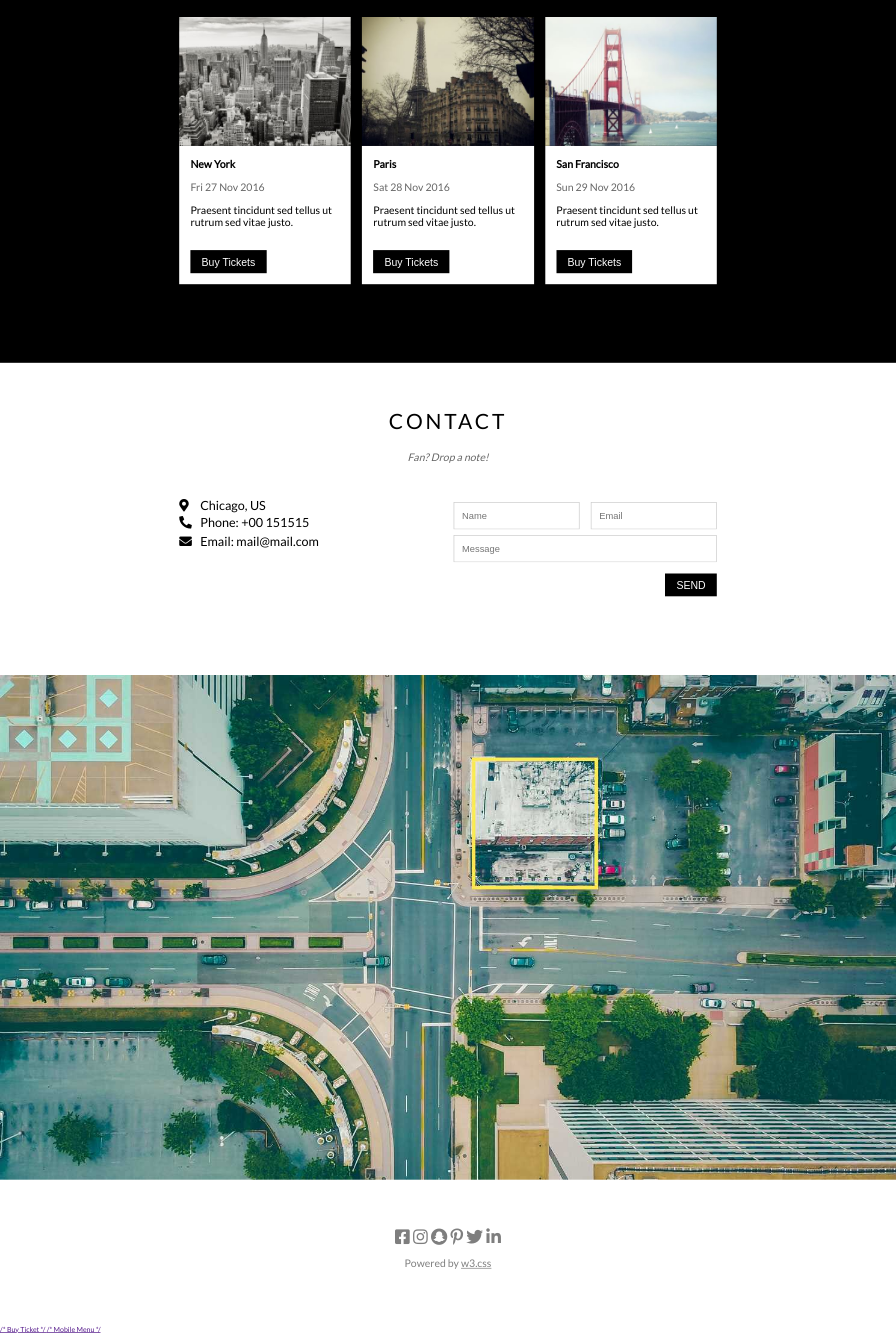
Repository: nguyenthaicong265/w3-band
Page: index.html
An editor plug-in stored every save of this project. The page is shown before and after the next save, followed by the edit.
The browser window is 1280 px wide. The pictures show the part of the page from y = 1716 to 3636 px (the page is 3620 px tall before and 3636 px after), at 70% of full size.

Above is the page before, as saved 2022-01-07 00:12:52.

### index.html
<!DOCTYPE html>
<html lang="en">
<head>
    <meta charset="UTF-8">
    <meta http-equiv="X-UA-Compatible" content="IE=edge">
    <meta name="viewport" content="width=device-width, initial-scale=1.0">
    <title>The band</title>
    <link rel="icon" href="./assets/img/favicon.png" type="image/x-icon" />
    <link rel="stylesheet" href="./assets/css/styles.css">
    <link rel="stylesheet" href="./assets/css/responsive.css">
    <link rel="stylesheet" href="https://fonts.googleapis.com/css?family=Lato">
    <link rel="stylesheet" href="./assets/font/themify-icons-font/themify-icons/themify-icons.css">
    <link rel="stylesheet" href="./assets/font/fontawesome-free-5.15.4-web/css/all.css">
</head>
<body>
    <div id="main">
        <div id="header">
            <ul id="nav">
                <li><a href="#">Home</a></li>
                <li><a href="#band">Band</a></li>
                <li><a href="#tour">Tour</a></li>
                <li><a href="#contact">Contact</a></li>
                <li>
                    <a href="#">
                        More
                        <i class="fas fa-sort-down"></i>
                    </a>
                    <ul class="subnav">
                        <li><a href="#">Merchandise</a></li>
                        <li><a href="#">Extras</a></li>
                        <li><a href="#">Media</a></li>
                    </ul>
                </li>
            </ul>
            <div class="search-button">
                <i class="fas fa-search"></i>
            </div>
            <div id="mobile-menu" class="mobile-menu-button">
                <i class="fas fa-bars"></i>
            </div>
        </div>

        <div id="slider">
            <div class="text-content text-white">
                <h2 class="text-head">Los Angeles
                </h2>
                <div class="text-description">We had the best time playing at Venice Beach!
                </div>
            </div>
        </div>

        <div id="content">
            <!-- About-section -->
            <div id="band" class="band-section">
                <div class="content-section">
                    <h2 class="section-heading">
                    THE BAND
                    </h2>
                    <p class="section-sub-heading">
                    We love music
                    </p>
                    <p class="about-text">We have created a fictional band website. Lorem ipsum dolor sit amet, consectetur adipiscing elit, sed do eiusmod tempor incididunt ut labore et dolore magna aliqua. Ut enim ad minim veniam, quis nostrud exercitation ullamco laboris nisi ut aliquip ex ea commodo consequat. Duis aute irure dolor in reprehenderit in voluptate velit esse cillum dolore eu fugiat nulla pariatur. Excepteur sint occaecat cupidatat non proident, sunt in culpa qui officia deserunt mollit anim id est laborum consectetur adipiscing elit, sed do eiusmod tempor incididunt ut labore et dolore magna aliqua. Ut enim ad minim veniam, quis nostrud exercitation ullamco laboris nisi ut aliquip ex ea commodo consequat.
                    </p>

                    <!-- Member -->
                    <div class="row members-list">
                        <div class="col col-third text-center s-col-full mt-16">
                            <p class="member-name">Name</p>
                            <img src="./assets/img/band/member1.jpg" alt="Name" class="member-avatar">
                        </div>

                        <div class="col col-third text-center s-col-full mt-16">
                            <p class="member-name">Name</p>
                            <img src="./assets/img/band/member1.jpg" alt="Name" class="member-avatar">
                        </div>

                        <div class="col col-third text-center s-col-full mt-16">
                            <p class="member-name">Name</p>
                            <img src="./assets/img/band/member1.jpg" alt="Name" class="member-avatar">
                        </div>
                    </div>
                </div>
            </div>

            <!-- Tour-section -->
            <div id="tour" class="tour-section">
                <div class="content-section">
                    <h2 class="section-heading text-white">
                    TOUR DATES
                    </h2>
                    <p class="section-sub-heading text-white">
                    Remember to book your tickets!
                    </p>

                    <!-- Tickets  -->
                    <ul class="tickets-list">
                        <li>September <span class="sold-out text-white">Sold out</span></li>
                        <li>October <span class="sold-out text-white">Sold out</span></li>
                        <li>November <span class="quantity text-white">3</span></li>
                    </ul>

                    <!-- Places -->
                    <div class="row places-list">
                        <div class="col col-third mt-16 s-col-full">
                            <img src="./assets/img/places/newyork.jpg" alt="New York" class="place-img">
                            <div class="place-body">
                                <h3 class="place-heading">
                                    New York
                                </h3>
                                <p class="place-time">
                                    Fri 27 Nov 2016
                                </p>
                                <p class="place-dsc">
                                    Praesent tincidunt sed tellus ut rutrum sed vitae justo.
                                </p>
                                <button class="btn js-buy-ticket">Buy Tickets</button>
                            </div>
                        </div>

                        <div class="col col-third mt-16 s-col-full">
                            <img src="./assets/img/places/paris.jpg" alt="Paris" class="place-img">
                            <div class="place-body">
                                <h3 class="place-heading">
                                    Paris
                                </h3>
                                <p class="place-time">
                                    Sat 28 Nov 2016
                                </p>
                                <p class="place-dsc">
                                    Praesent tincidunt sed tellus ut rutrum sed vitae justo.
                                </p>
                                <button class="btn js-buy-ticket">Buy Tickets</button>
                            </div>
                        </div>

                        <div class="col col-third mt-16 s-col-full">
                            <img src="./assets/img/places/sanfran.jpg" alt="San Francisco" class="place-img">
                            <div class="place-body">
                                <h3 class="place-heading">
                                    San Francisco
                                </h3>
                                <p class="place-time">
                                    Sun 29 Nov 2016
                                </p>
                                <p class="place-dsc">
                                    Praesent tincidunt sed tellus ut rutrum sed vitae justo.
                                </p>
                                <button class="btn js-buy-ticket">Buy Tickets</button>
                            </div>
                        </div>
                    </div>
                </div>
            </div>

            <!-- Begin: Contact-section -->
            <div id="contact" class="content-section">
                <h2 class="section-heading">
                CONTACT</h2>
                <p class="section-sub-heading">
                Fan? Drop a note!</p>
                <div class="row contact-content">
                    <div class="col col-half contact-info s-col-full">
                        <p><i class="fas fa-map-marker-alt"></i>Chicago, US</p>
                        <p><i class="fas fa-phone-alt"></i>Phone: +00 151515</p>
                        <p><i class="fas fa-envelope"></i>Email: mail@mail.com</p>
                    </div>
                    <div class="col col-half contact-form s-col-full">
                        <form action="">
                            <div class="row mt-8">
                                <div class="col col-half s-col-full">
                                    <input type="text" name="" required placeholder="Name" id="" class="form-control">
                                </div>
                                <div class="col col-half s-col-full">
                                    <input type="email" name="" required placeholder="Email" id="" class="form-control">
                                </div>
                            </div>
                            <div class="row mt-8">
                                <div class="col col-full">
                                    <input type="text" name="" required placeholder="Message" id="" class="form-control">
                                </div>
                            </div>
                            <input class="btn pull-right mt-16" type="submit" value="SEND">
                        </form>
                    </div>
                </div>
            </div>
            <!-- End: Contact-section -->


            <div class="map-section">
                <img src="./assets/img/map.jpg" alt="Map">
            </div>
        </div>

        <div id="footer">
            <div class="socials-list">
                <a href=""><i class="fab fa-facebook-square"></i></a>
                <a href=""><i class="fab fa-instagram"></i></a>
                <a href=""><i class="fab fa-snapchat"></i></a>
                <a href=""><i class="fab fa-pinterest-p"></i></a>
                <a href=""><i class="fab fa-twitter"></i></a>
                <a href=""><i class="fab fa-linkedin-in"></i></a>
            </div>
            <p class="copyright">Powered by <a href="">w3.css</a></p>
        </div>
    </div>
    <div class="modal js-modal">
         <div class="modal-contaner js-modal-container">
             <div class="modal-close js-modal-close">
                <i class="fas fa-times"></i>
             </div>

             <div class="modal-header text-white">
                <i class="fas fa-suitcase"></i> Tickets
             </div>

             <div class="modal-body">
                <label for="ticket-quantity" class="modal-label">
                    <i class="fas fa-shopping-cart"></i>
                    Tickets, $15 per person
                 </label>
                 <input type="text" id="ticket-quantity" class="modal-input" placeholder="How many?">

                 <label for="ticket-email" class="modal-label">
                    <i class="fas fa-user"></i>
                    Send To
                 </label>
                 <input type="text" id="ticket-email" class="modal-input" placeholder="Enter email">

                <button id="buy-ticket">
                    Pay
                    <i class="fas fa-check"></i>
                </button>
             </div>

             <div class="modal-footer">
                 <p class="modal-help">
                     Need <a href="">help?</button>
                 </p>
             </div>
         </div>
    </div>

    /* Buy Ticket */
    <script>
        const buyBtns = document.querySelectorAll('.js-buy-ticket')
        const modal = document.querySelector('.js-modal')
        const modalContainer = document.querySelector('.js-modal-container')
        const modalClose = document.querySelector('.js-modal-close')

        // Hàm hiển thị modal mua vé
        function showBuyTickets() {
            modal.classList.add('open')
        }

        // Hàm ẩn modal mua vé
        function closeBuyTickets() {
            modal.classList.remove('open')
        }

        // Lắng nghe click vào từng button Buy Ticket
        for (const buyBtn of buyBtns) {
            buyBtn.addEventListener('click', showBuyTickets)
        }

        // Lắng nghe click vào button close
        modalClose.addEventListener('click', closeBuyTickets)

        // Lắng nghe click vào modal
        modal.addEventListener('click', closeBuyTickets)

        // Lắng nghe click vào container
        modalContainer.addEventListener('click', function(event) {
            event.stopPropagation()
        })
    </script>

    /* Mobile Menu */
    <script>
        var header = document.getElementById('header')
        var mobileMenu = document.getElementById('mobile-menu')
        var headerHeight = header.clientHeight

        // Đóng mở mobile menu
        mobileMenu.onclick = function() {
            var isClosed = header.clientHeight === headerHeight
            if (isClosed) {
                header.style.height = 'auto'
            }
            else {
                header.style.height = null
            }
        }

        // Tự động đóng sau khi chọn menu
        var menuItems = document.querySelectorAll('#nav li a[href*="#"]')
        for (const menuItem of menuItems) {
            menuItem.onclick = function(event) {
                var isParentMenu = menuItem.nextElementSibling && menuItem.nextElementSibling.classList.contains('subnav')
                if (isParentMenu) {
                    event.preventDefault()
                }
                else {
                    header.style.height = null
                }
            }
        }
    </script>
</body>
</html>

### assets/css/responsive.css
/* PC */
@media (min-width: 1024px) {
    #header .mobile-menu-button {
        display: none;
    }
}

/* Mobile */
@media (max-width: 740px) {
    #header {
        overflow: hidden;
    }
    #nav {
        display: block;
    }

    #nav > li {
        display: block;
    }

    #nav > li:first-child {
        display: inline-block;
    }

    #nav .subnav {
        position: initial;
        background-color: #333;
    }

    #nav .subnav a {
        color: #fff;
        padding: 5px 42px;
    }

    #header .search-button {
        display: none;
    }

    .place-list {
        margin-top: 16px;
    }

    .s-col-full {
        width: 100%;
    }
}

Loaded but not shown: assets/font/themify-icons-font/themify-icons/themify-icons.css (common file); assets/font/fontawesome-free-5.15.4-web/css/all.css (library); assets/css/styles.css (504 lines, source omitted)

After the next save:
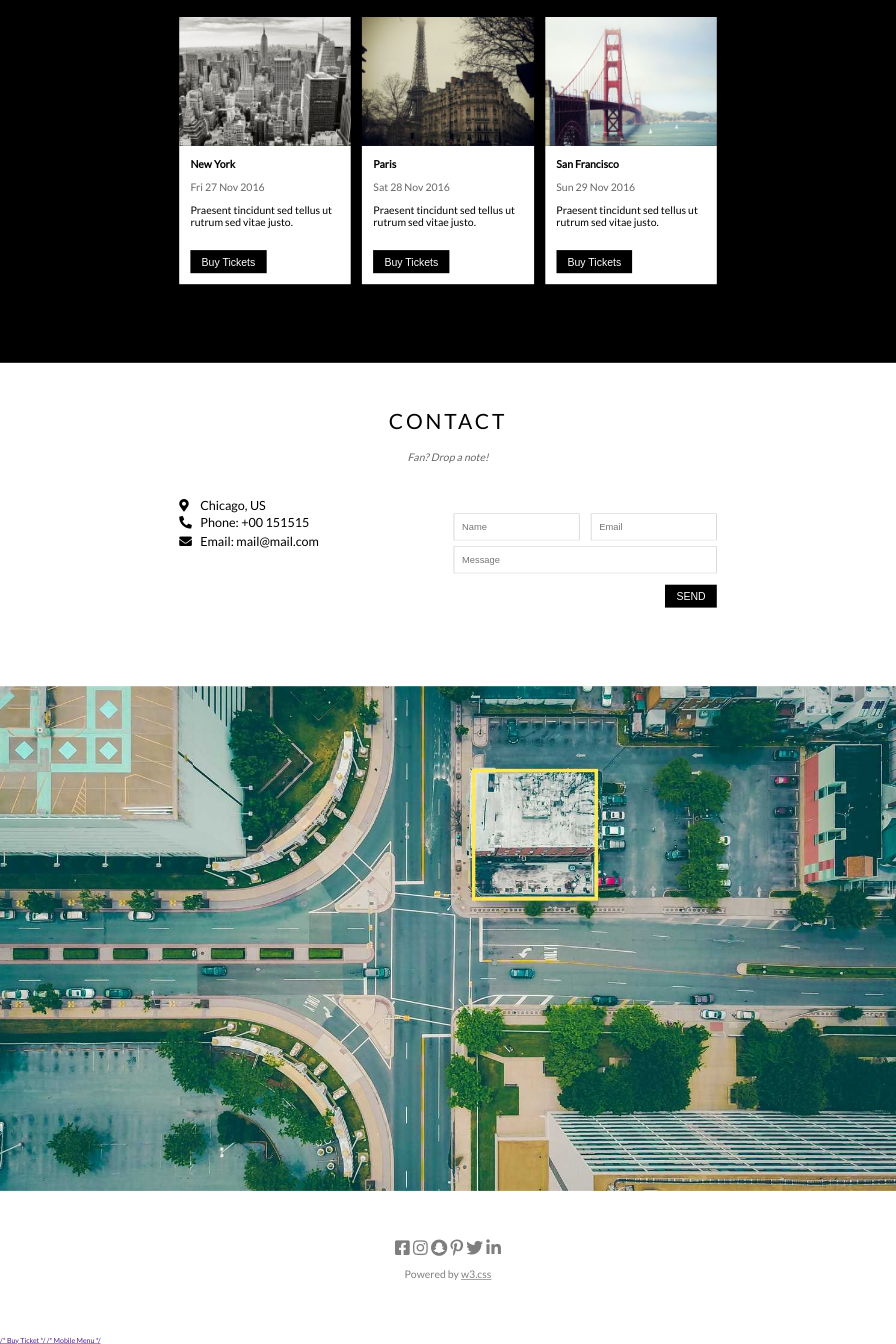
Saved 80 s later.
--- a/index.html
+++ b/index.html
@@ -164,7 +164,7 @@
                         <p><i class="fas fa-phone-alt"></i>Phone: +00 151515</p>
                         <p><i class="fas fa-envelope"></i>Email: mail@mail.com</p>
                     </div>
-                    <div class="col col-half contact-form s-col-full">
+                    <div class="col col-half contact-form s-col-full mt-16">
                         <form action="">
                             <div class="row mt-8">
                                 <div class="col col-half s-col-full">

After the 3 saves that followed:
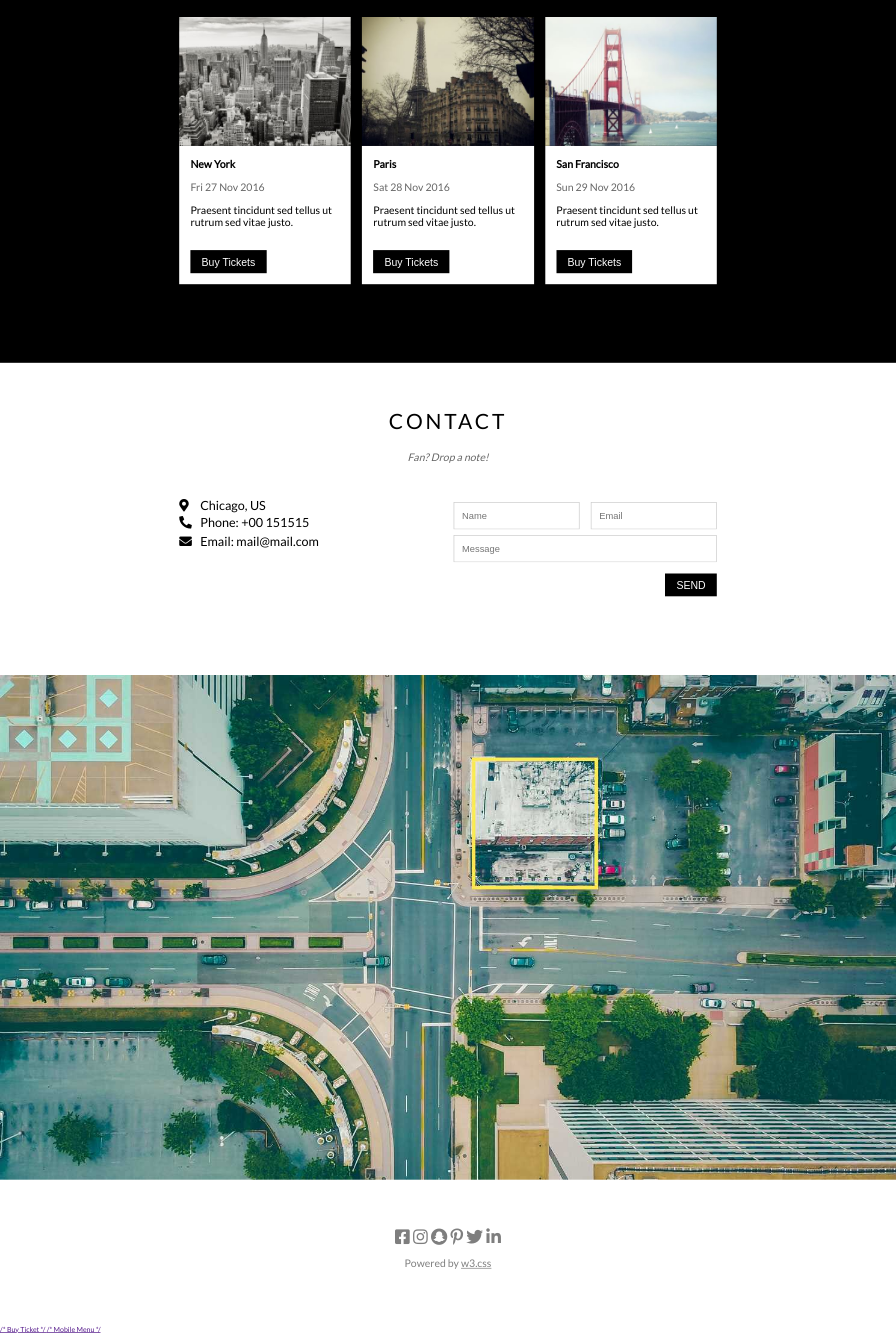
The 3 saves are shown as one change because 2 left the picture as it was.
The last was saved 109 s later.
--- a/index.html
+++ b/index.html
@@ -164,7 +164,7 @@
                         <p><i class="fas fa-phone-alt"></i>Phone: +00 151515</p>
                         <p><i class="fas fa-envelope"></i>Email: mail@mail.com</p>
                     </div>
-                    <div class="col col-half contact-form s-col-full mt-16">
+                    <div class="col col-half contact-form s-col-full">
                         <form action="">
                             <div class="row mt-8">
                                 <div class="col col-half s-col-full">
